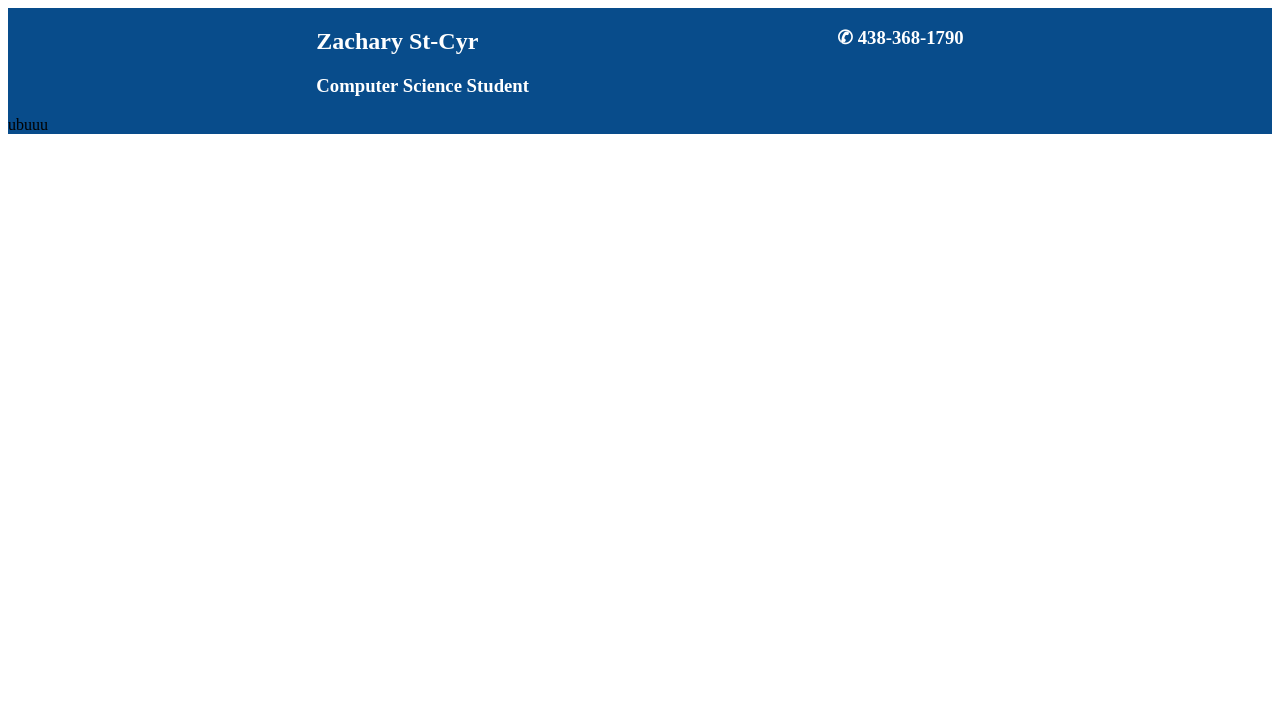
Repository: zackaroo20/Resume-CV
Page: CV.html
These files come from the project's save history. The page is drawn as it stood at one moment and after the next save; the edit follows.
The browser window is 1280 px wide. The page is 1280 px wide, then 1288 px, so the pictures cover 1288 px, including what lies to the right of the window. The pictures show the whole page.

Above is the page before, as saved 2026-03-02 15:20:30.

After the next save:
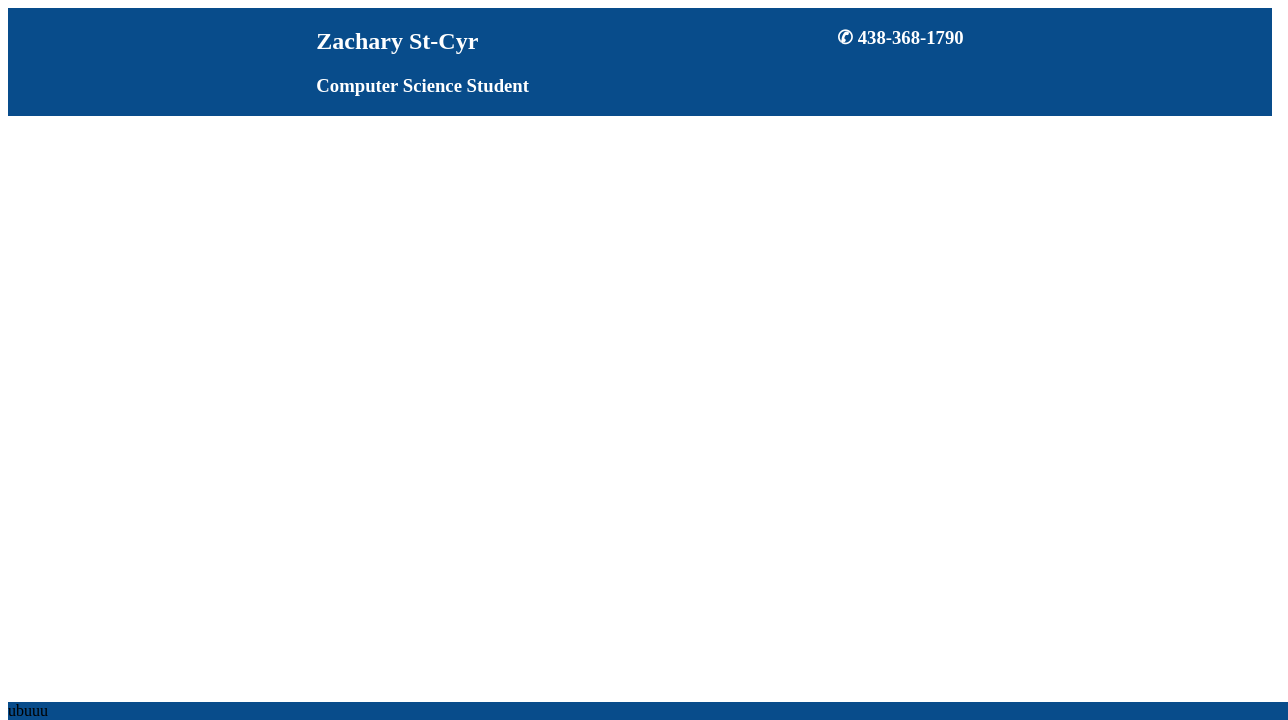
Saved 79 s later.
--- a/CV.css
+++ b/CV.css
@@ -14,5 +14,9 @@
     height: 20px;
 }
 footer{
+    position: absolute;
+    bottom: 0;
+    width: 100%;
+    height: 60 px;
     background-color:#084c8b;
 }
